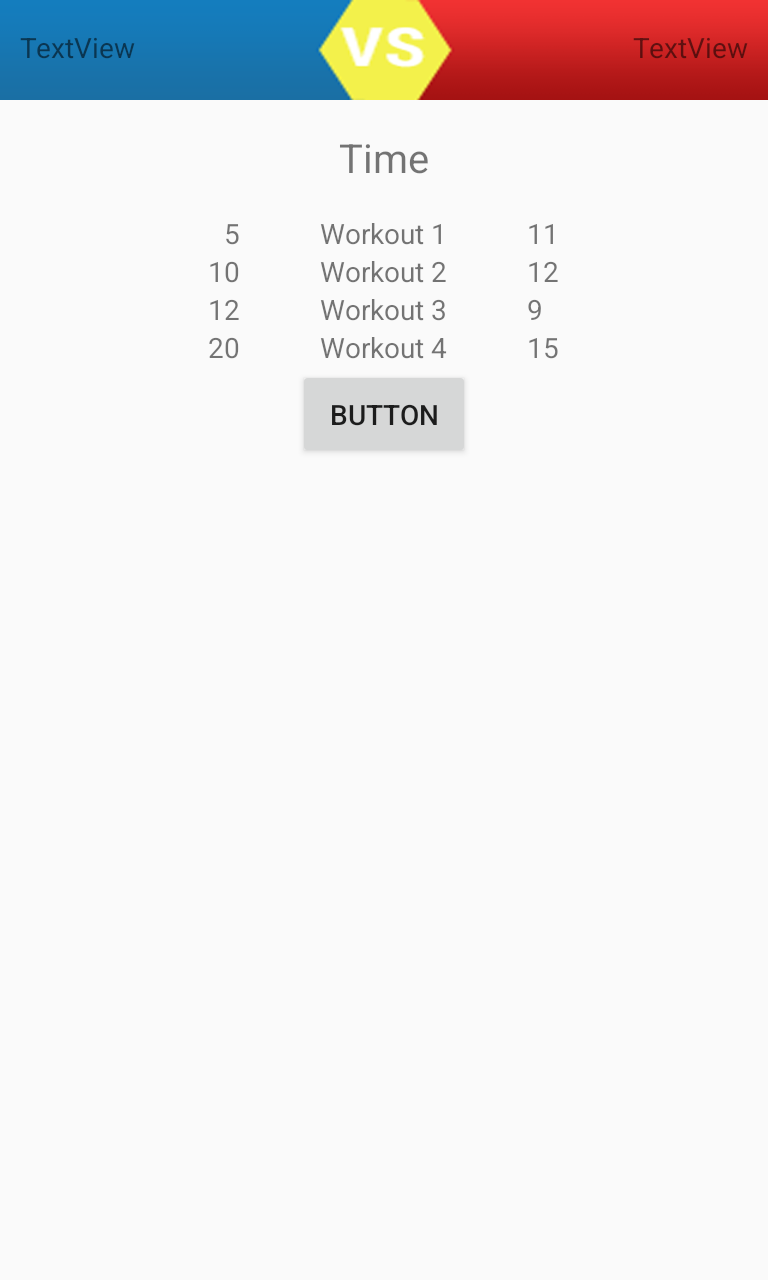
Repository: hackathon-2014/devdroid-repo
Layout: HealthyCompetition/res/layout/battlefield_layout.xml
These files come from the project's save history. The layout is drawn as it stood at one moment and after the next save; the edit follows.
It is drawn on a 768 x 1280 px phone screen (xhdpi) without system bars, with theme AppTheme; the app's code is not run.

Above is the layout before, as saved 2014-08-23 19:54:59.

After the next save:
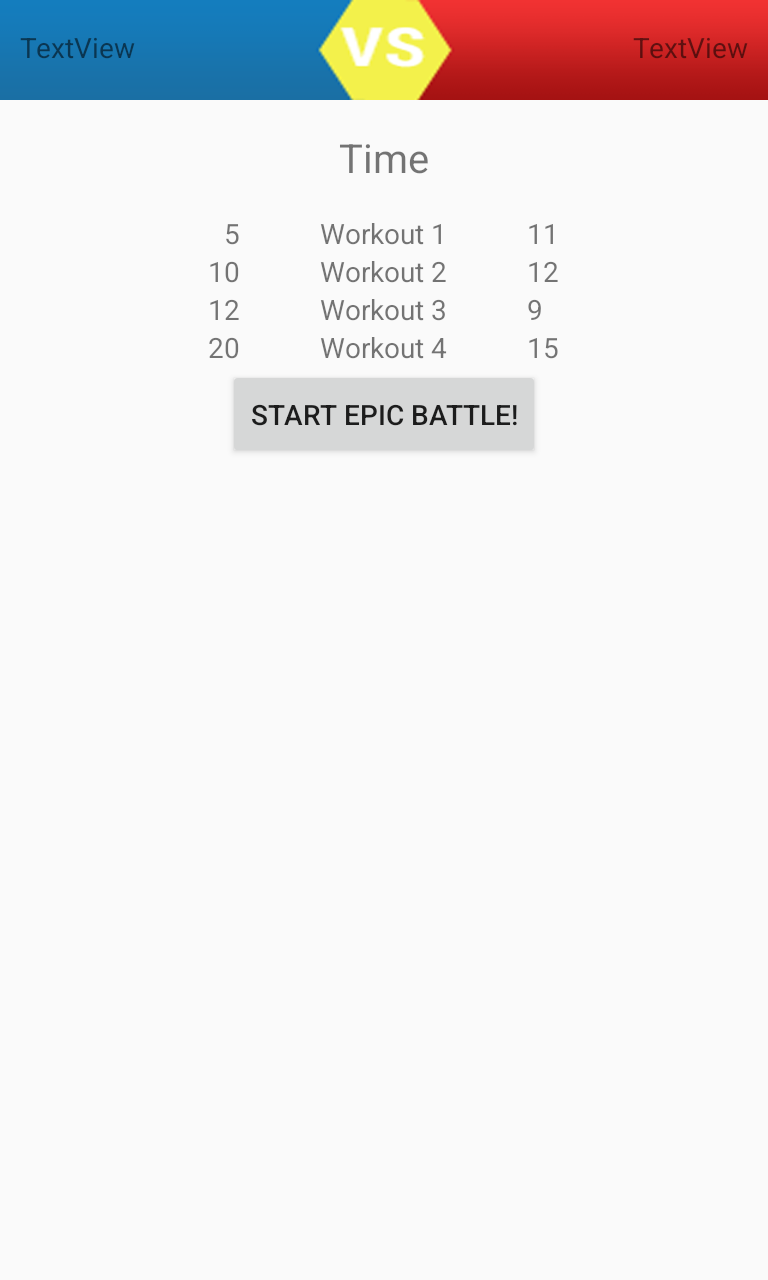
Saved 2 min 50 s later.
--- a/HealthyCompetition/res/layout/battlefield_layout.xml
+++ b/HealthyCompetition/res/layout/battlefield_layout.xml
@@ -185,7 +185,7 @@
             android:layout_width="wrap_content"
             android:layout_height="wrap_content"
             android:layout_centerHorizontal="true"
-            android:text="Button" />
+            android:text="Start Epic Battle!" />
     </RelativeLayout>
 
 </LinearLayout>
